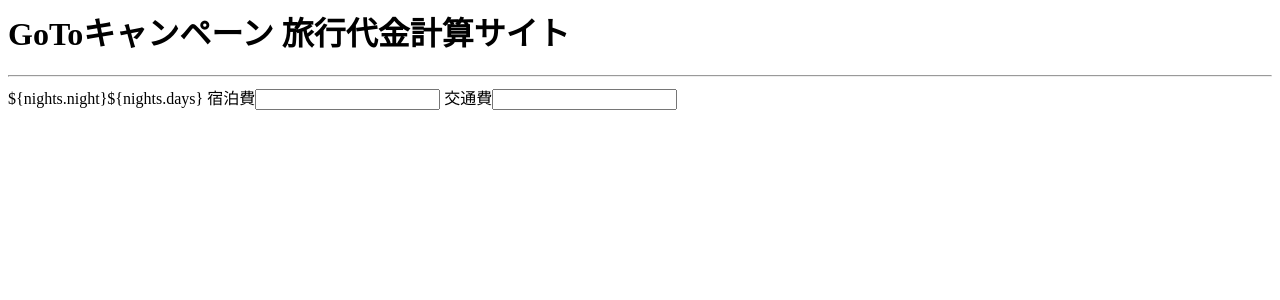
Repository: Ischca/ischca.github.io
Page: src/my-app.html
An editor plug-in stored every save of this project. The page is shown before and after the next save, followed by the edit.
The browser window is 1280 px wide. The pictures show the whole page.

Above is the page before, as saved 2020-10-02 14:35:30.

After the next save:
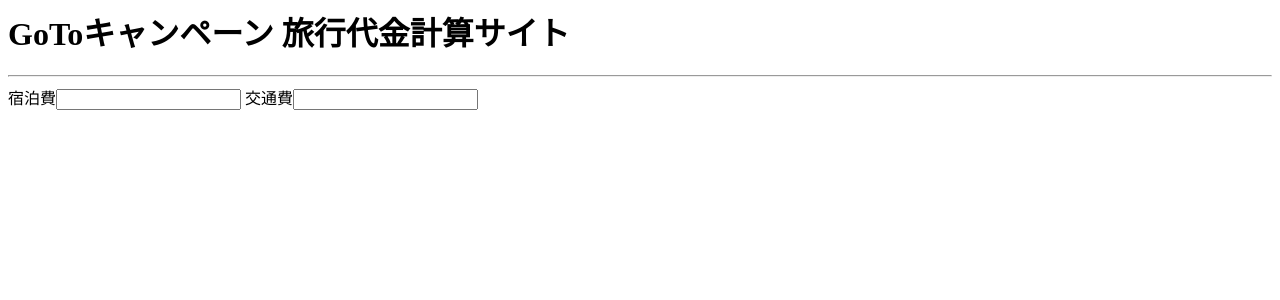
Saved 21 s later.
--- a/src/my-app.html
+++ b/src/my-app.html
@@ -10,8 +10,6 @@
 
     <nights class="row justify-content-center" view-model.ref="nights"></nights>
 
-    ${nights.night}${nights.days}
-
     宿泊費<input type="number" />
 
     交通費<input type="number" />
